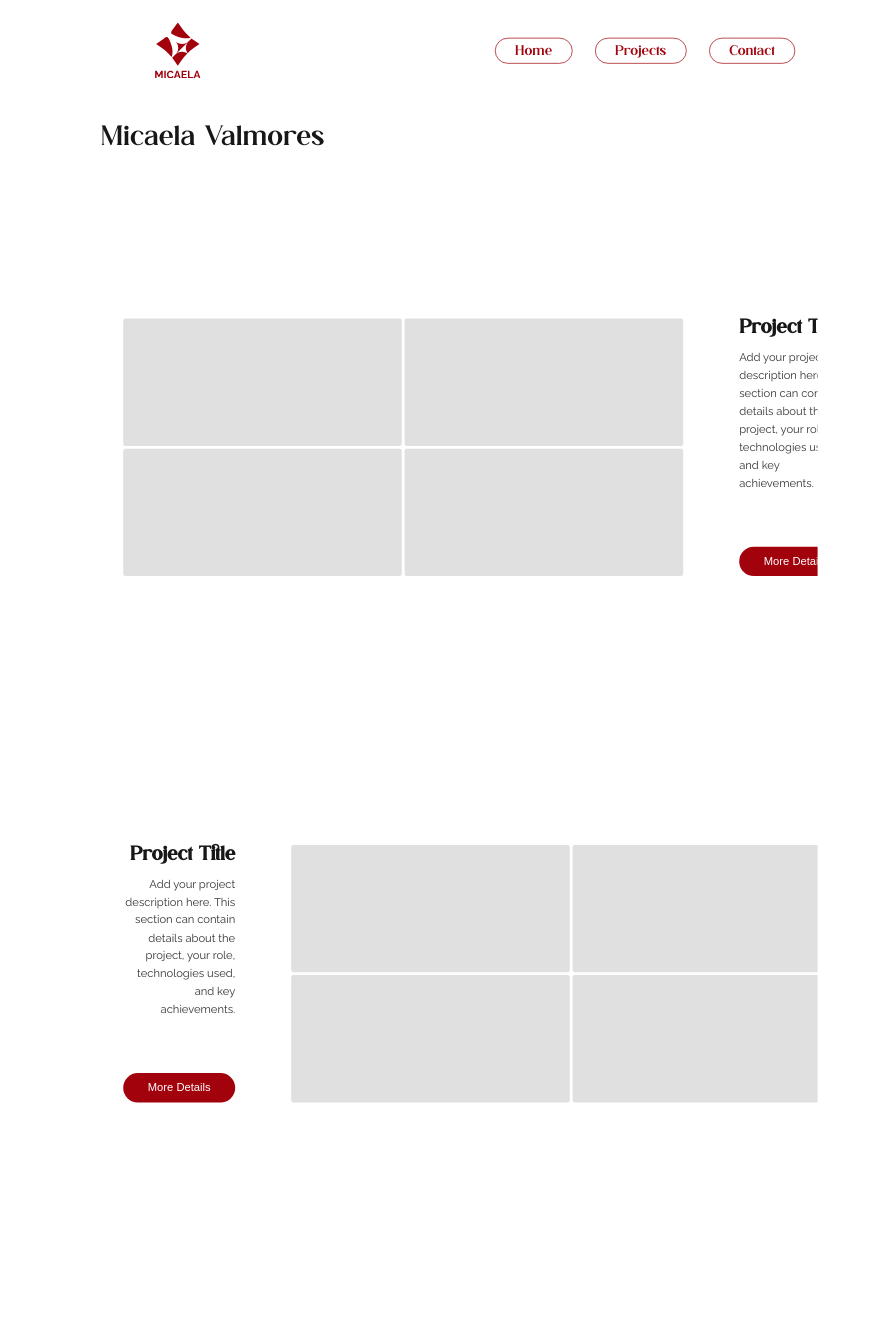
Repository: Micaelavalmores/Micaela-Portfolio
Page: /home-page
An editor plug-in stored every save of this project. The page is shown before and after the next save, followed by the edit.
The browser window is 1280 px wide. The pictures show the part of the page from y = 0 to 1920 px (the page is 3287 px tall), at 70% of full size.
The project was rebuilt for these pictures with package versions that can differ from the ones it lists, and the page was loaded fresh each time. The framework's server and built-in components were replaced by stand-ins that run in the browser. Also part of the build but not shown: next.config.mjs.

Above is the page before, as saved 2026-01-27 12:47:36.

After the next save:
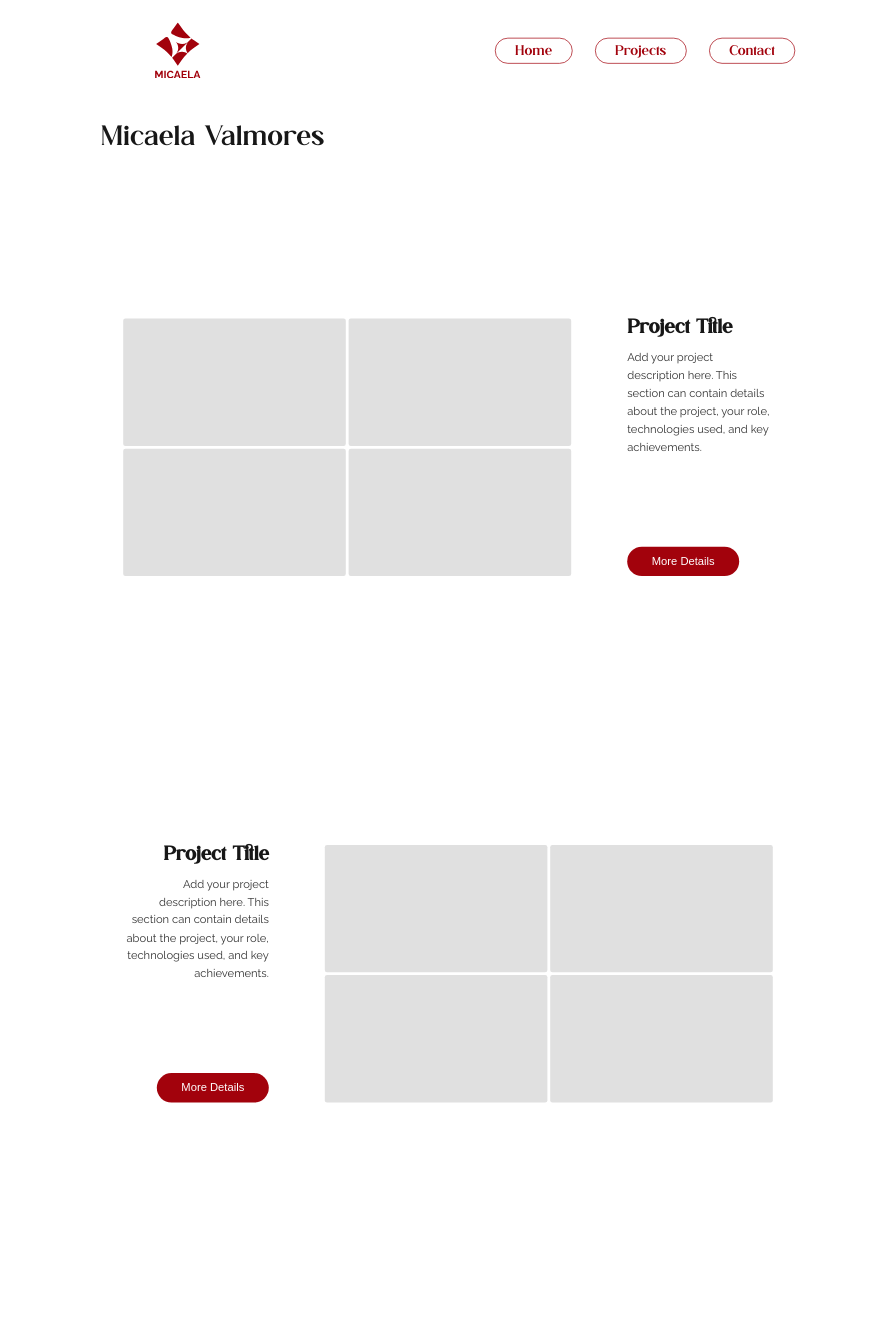
Saved 5 s later.
--- a/app/components/FtProj.module.css
+++ b/app/components/FtProj.module.css
@@ -28,7 +28,7 @@
   display: grid;
   grid-template-columns: 1fr 1fr;
   gap: 0.2rem;
-  width: 50rem;
+  width: 40rem;
 }
 
 .imagePlaceholder {
